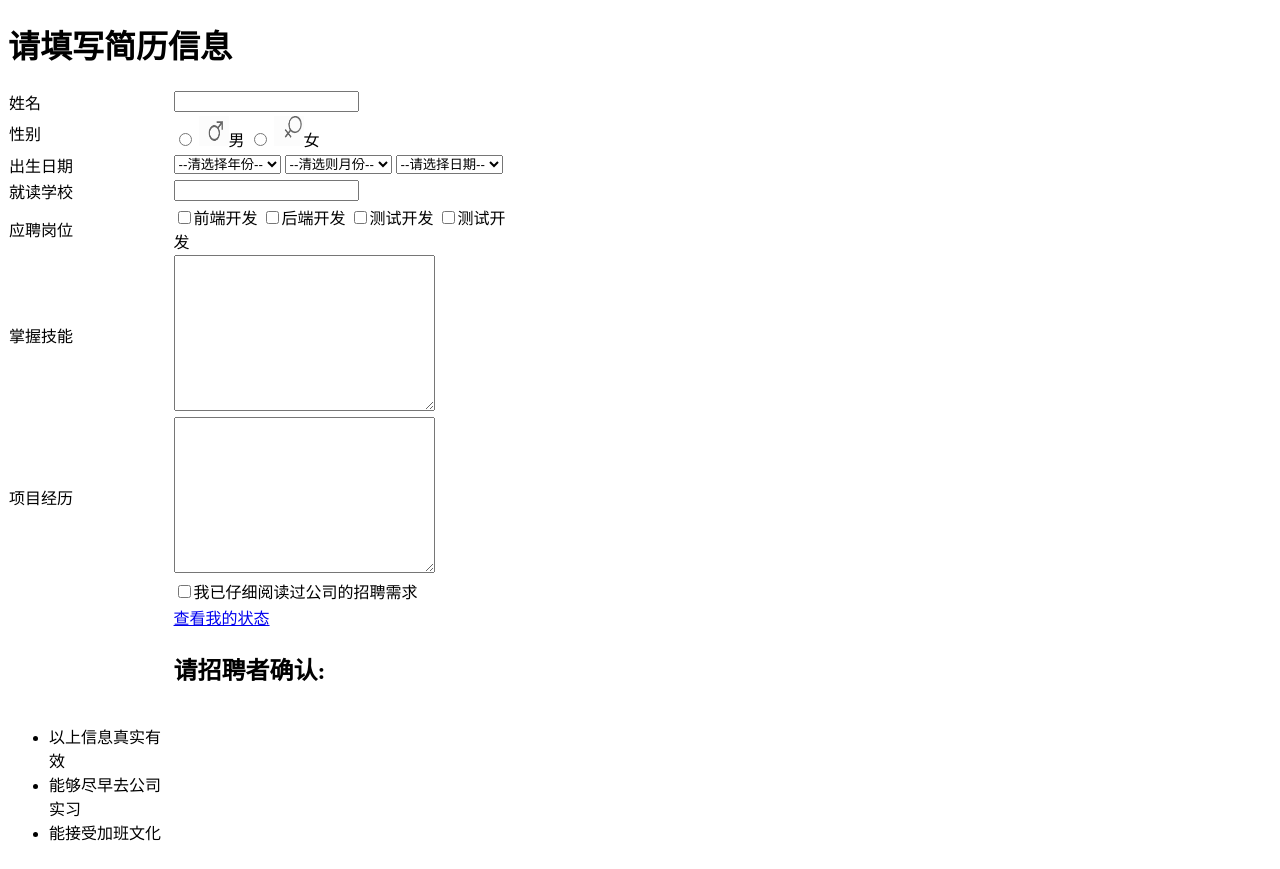
Repository: ls02/VSCode
Page: Java/2022/6-29-1/Test2.html
These files come from the project's save history. The page is drawn as it stood at one moment and after the next save; the edit follows.
The browser window is 1280 px wide. The pictures show the whole page.

Above is the page before, as saved 2022-06-30 16:17:47.

After the next save:
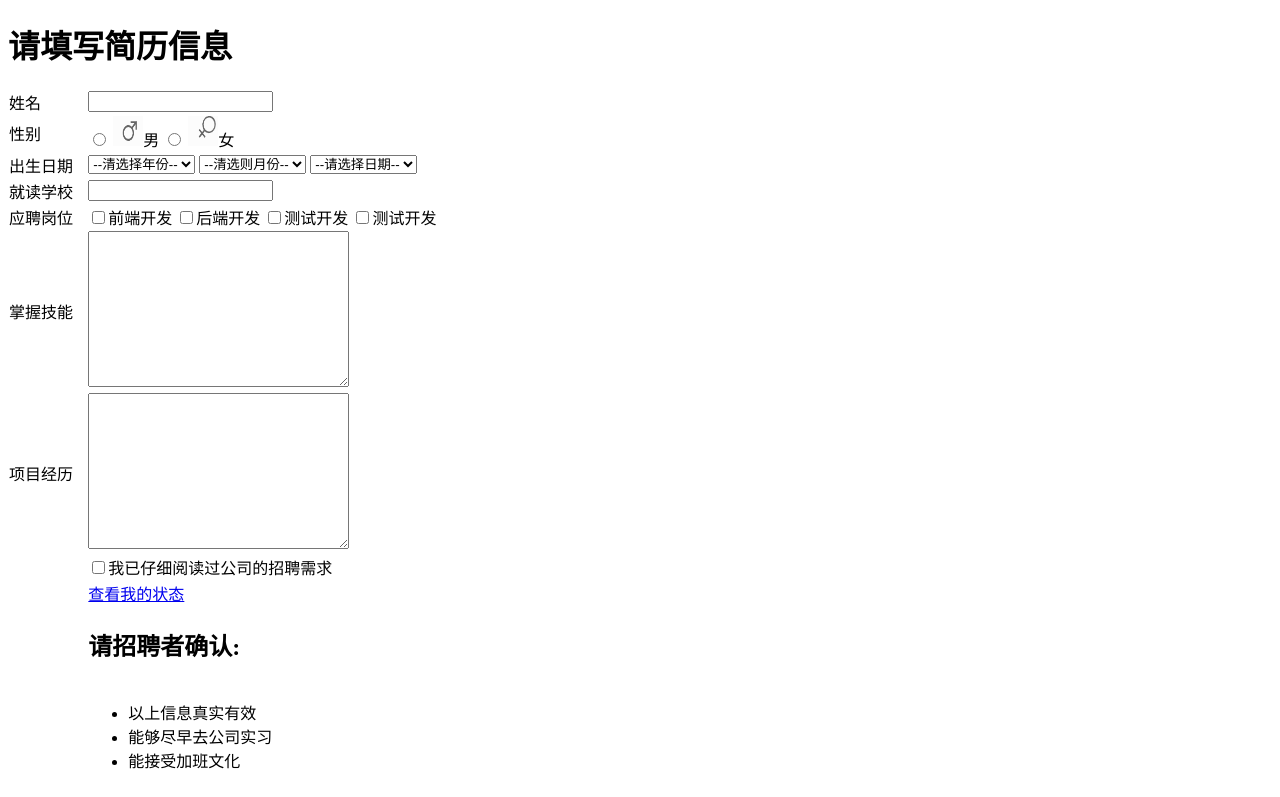
Saved 4 s later.
--- a/Java/2022/6-29-1/Test2.html
+++ b/Java/2022/6-29-1/Test2.html
@@ -2,7 +2,7 @@
  * @Author: ls02 <2877455773@qq.com>
  * @Date: 2022-06-30 15:38:36
  * @LastEditors: ls02 <2877455773@qq.com>
- * @LastEditTime: 2022-06-30 16:16:50
+ * @LastEditTime: 2022-06-30 16:17:51
  * @FilePath: \Java\2022\6-29-1\Test2.html
  * @Description:
  *
@@ -162,6 +162,7 @@
             <td><h2>请招聘者确认:</h2></td>
         </tr>
         <tr>
+            <td></td>
             <td>
                 <ul>
                     <li>以上信息真实有效</li>
